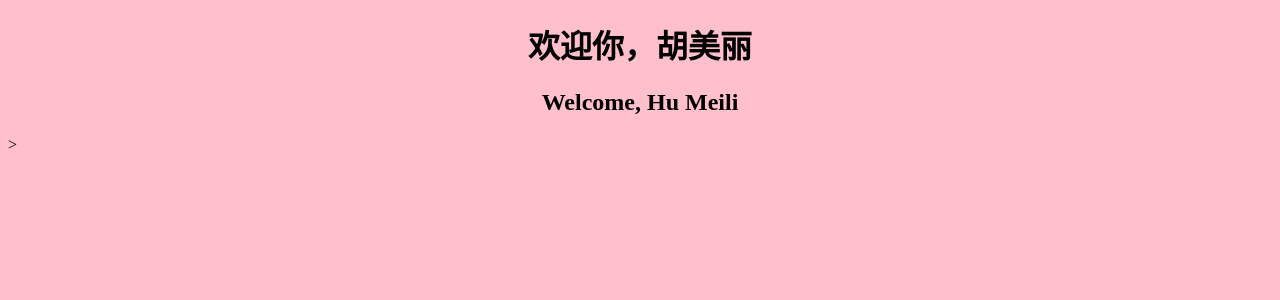
Repository: NanmeiYC/NanmeiYC.github.io
Page: zhuye.html
An editor plug-in stored every save of this project. The page is shown before and after the next save, followed by the edit.
The browser window is 1280 px wide. The pictures show the whole page.

Above is the page before, as saved 2021-05-28 23:31:59.

### zhuye.html
<!DOCTYPE html>
<html>
    <head>
        <meta http-equiv="Content-Type" content="text/html; charset=UTF-8">
        <title>欢迎我们美丽大方温柔善良的胡美丽</title>
    </head>
    <body bgcolor="pink">
        <body>
            <div align="center" style="background-color:;">
            <h1>欢迎你，胡美丽</h1>
            <h2>Welcome, Hu Meili</h2>
            </div>
        </body>>
        <table>
            <tr align="center" cellpadding="10" width="1000" style="background-color: hotpink;"></tr>
        </table>
    </body>
</html>

After the next save:
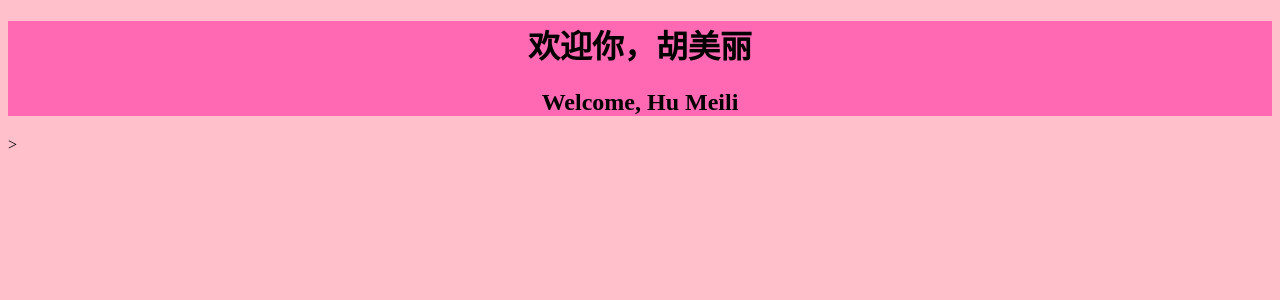
Saved 7 s later.
--- a/zhuye.html
+++ b/zhuye.html
@@ -6,7 +6,7 @@
     </head>
     <body bgcolor="pink">
         <body>
-            <div align="center" style="background-color:;">
+            <div align="center" style="background-color:hotpink;">
             <h1>欢迎你，胡美丽</h1>
             <h2>Welcome, Hu Meili</h2>
             </div>
